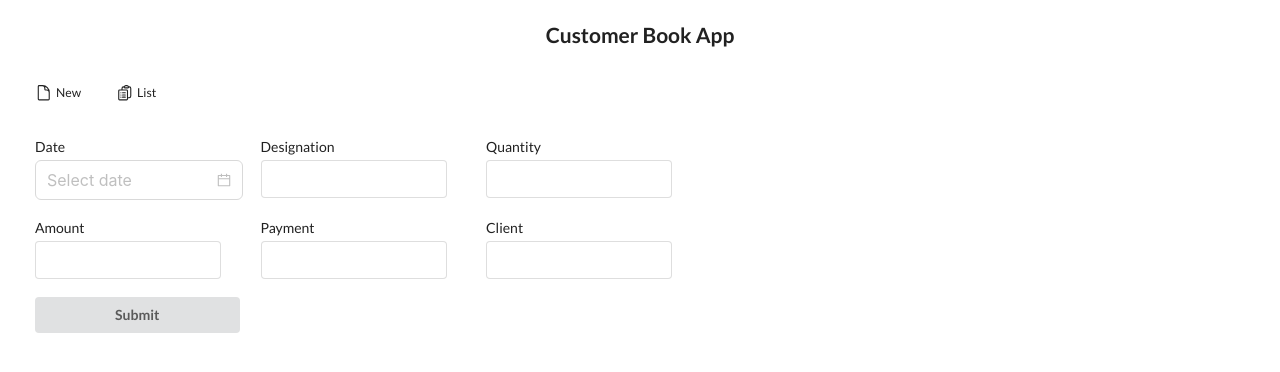
Repository: higirobruce/customerbookapp
Page: /, after clicking the first element matching `div.space-x-1`
The author's editor kept a copy of each file at every save. The page is drawn from the files as they stood at one save, then again after the next save.
The browser window is 1280 px wide. The pictures show the whole page.
The project was rebuilt for these pictures with package versions that can differ from the ones it lists, and the page was loaded fresh each time. The framework's server and built-in components were replaced by stand-ins that run in the browser. Also part of the build but not shown: next.config.js, components/layout/sidebar.js.

Above is the page before, as saved 2022-11-24 23:32:06.

### pages/index.js
import Head from "next/head";
import Image from "next/image";
import Sidebar from "../components/layout/sidebar";
import MainScreen from "../components/layout/mainScreen";
import 'semantic-ui-css/semantic.min.css'

const Home = () => {
  return (
    <div className="flex min-h-screen flex-row">
      {/* <Sidebar /> */}
      <MainScreen />
    </div>
  );
};

export default Home;

### components/layout/mainScreen.js
import React, { useState } from "react";
import {
  DocumentIcon,
  ClipboardDocumentListIcon,
} from "@heroicons/react/24/outline";
import RecordsTable from "../common/records";
import Form from "../common/form";

const records = [
  {
    date: "01-Jan-2022",
    designation: "Bobine",
    qty: 1,
    amount: 120000,
    payment: 120000,
    client: "MUREKEZI GUY NJ",
  },{
    date: "02-Jan-2022",
    designation: "Balance",
    qty: 1,
    amount: 70000,
    payment: 70000,
    client: "MUHIZI CLIENT",
  },
];

export default function MainScreen() {
  let [viewPort, setViewPort] = useState("list");

  return (
    <div className="flex flex-col w-full pt-6 space-y-10">
      {/* header */}
      <div className="flex justify-center text-2xl font-semibold">
        Customer Book App
      </div>
      {/* Menu bar */}
      <div className="flex flex-row px-10 space-x-10">
        <div
          className="flex flex-row space-x-1 items-center cursor-pointer"
          onClick={() => setViewPort("new")}
        >
          <DocumentIcon className="h-5 w-5" />
          <div className="text-sm ">New</div>
        </div>

        <div
          className="flex flex-row space-x-1 items-center cursor-pointer"
          onClick={() => setViewPort("list")}
        >
          <ClipboardDocumentListIcon className="h-5 w-5" />
          <div className="text-sm ">List</div>
        </div>
      </div>


      {/* Body */}
      <div className="flex px-10 w-full ">
        {viewPort === "list" && <RecordsTable data={records} />}
        {viewPort === "new" && <Form/>}
      </div>
    </div>
  );
}

### components/common/records.js
import React from "react";
import { Table } from "semantic-ui-react";
import { PencilIcon, TrashIcon } from '@heroicons/react/24/outline'

export default function RecordsTable({ data }) {
    console.log(data)
  return (
    <div className="flex flex-col items-center justify-center w-full">
      <Table compact striped>
        <Table.Header>
          <Table.Row>
            <Table.HeaderCell>Date</Table.HeaderCell>
            <Table.HeaderCell>Designation</Table.HeaderCell>
            <Table.HeaderCell>Quantity</Table.HeaderCell>
            <Table.HeaderCell>Amount</Table.HeaderCell>
            <Table.HeaderCell>Payment</Table.HeaderCell>
            <Table.HeaderCell>Client number</Table.HeaderCell>
            <Table.HeaderCell>Actions</Table.HeaderCell>
          </Table.Row>
        </Table.Header>

        <Table.Body>
          {data.map(($) => {
            return <Table.Row className="text-sm font-thin text-gray-700">
            <Table.Cell>{$.date}</Table.Cell>
            <Table.Cell>{$.designation}</Table.Cell>
            <Table.Cell>{$.qty}</Table.Cell>
            <Table.Cell>{$.amount}</Table.Cell>
            <Table.Cell>{$.payment}</Table.Cell>
            <Table.Cell>{$.client}</Table.Cell>
            <Table.Cell>
                <div className="flex flex-row space-x-5">
                   <PencilIcon className="h-3 w-3 text-yellow-700 cursor-pointer"/>
                   <TrashIcon className="h-3 w-3 text-red-700 cursor-pointer"/>
                </div>
            </Table.Cell>
          </Table.Row>;
          })}
        </Table.Body>
      </Table>
    </div>
  );
}

### components/common/form.js
import React from 'react'
import {DatePicker} from 'antd'
import { Button, Input } from 'semantic-ui-react'

export default function Form() {
  return (
    <div className='grid grid-cols-3 gap-5'>

      <div className='flex flex-col space-y-1 items-start'>
        <div>Date</div>
        <div><DatePicker size='large'/></div>
      </div>

      <div className='flex flex-col space-y-1 items-start'>
        <div>Designation</div>
        <div><Input size='tiny'/></div>
      </div>

      <div className='flex flex-col space-y-1 items-start'>
        <div>Quantity</div>
        <div><Input size='tiny' type='number'/></div>
      </div>

      <div className='flex flex-col space-y-1 items-start'>
        <div>Amount</div>
        <div><Input size='tiny' type='number'/></div>
      </div>

      <div className='flex flex-col space-y-1 items-start'>
        <div>Payment</div>
        <div><Input size='tiny' type='number'/></div>
      </div>

      <div className='flex flex-col space-y-1 items-start'>
        <div>Client</div>
        <div><Input size='tiny' /></div>
      </div>

      <Button>Submit</Button>
    </div>
  )
}

Loaded but not shown: pages/_app.tsx (common file); styles/globals.css (common file); tailwind.config.js (common file)

After the next save:
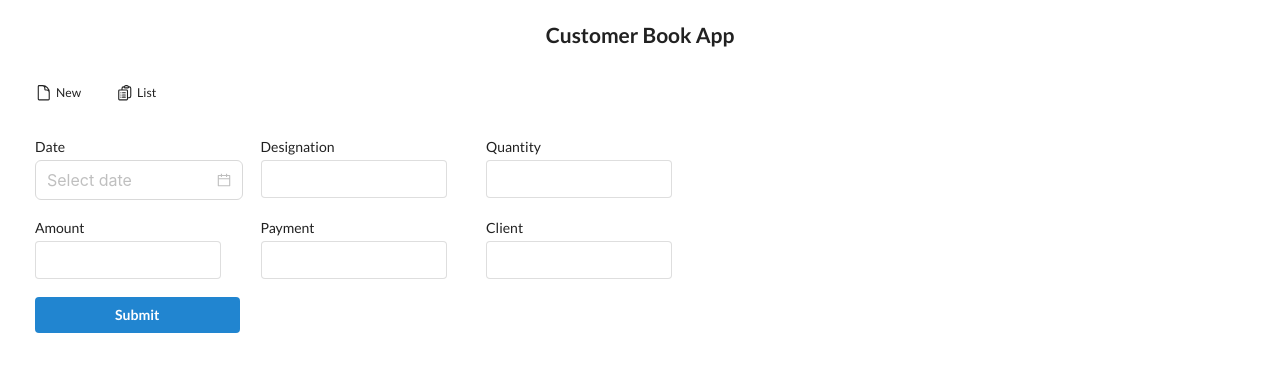
Saved 10 s later.
--- a/components/common/form.js
+++ b/components/common/form.js
@@ -36,7 +36,7 @@ export default function Form() {
         <div><Input size='tiny' /></div>
       </div>
 
-      <Button>Submit</Button>
+      <Button color='blue'>Submit</Button>
     </div>
   )
 }
